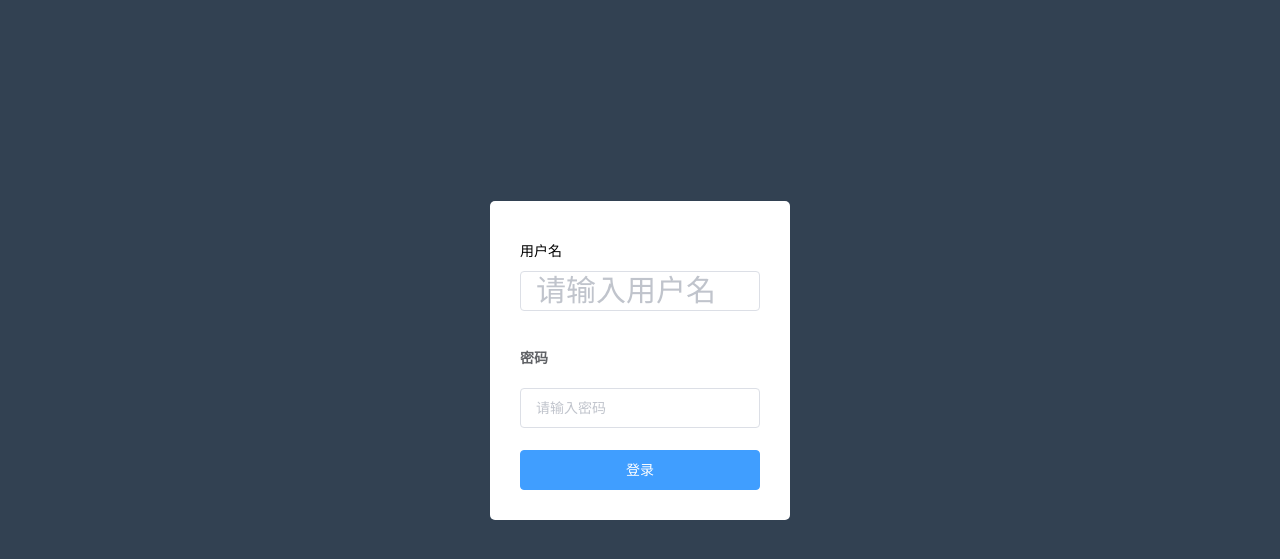
Repository: coWhy/blog-admin
Page: /#/login
An editor plug-in stored every save of this project. The page is shown before and after the next save, followed by the edit.
The browser window is 1280 px wide. The pictures show the whole page.
The page's requests for data from a server got no answer. The project was rebuilt for these pictures with package versions that can differ from the ones it lists, and the page was loaded fresh each time. No one was signed in, and anything a server would have sent is missing. Also part of the build but not shown: vue.config.js.

Above is the page before, as saved 2020-04-27 04:00:55.

### public/index.html
<!DOCTYPE html>
<html lang="en">
  <head>
    <meta charset="utf-8">
    <meta http-equiv="X-UA-Compatible" content="IE=edge">
    <meta name="viewport" content="width=device-width,initial-scale=1.0">
    <link rel="icon" href="<%= BASE_URL %>favicon.ico">
    <title><%= htmlWebpackPlugin.options.title %></title>
    <script type="text/javascript" src="./live2dw/lib/L2Dwidget.min.js"></script>
  </head>
  <body>
    <noscript>
      <strong>We're sorry but <%= htmlWebpackPlugin.options.title %> doesn't work properly without JavaScript enabled. Please enable it to continue.</strong>
    </noscript>
    <div id="app"></div>
    <!-- built files will be auto injected -->
  </body>
</html>

### src/main.js
import Vue from 'vue'
import App from './App.vue'
import router from './router'
import store from './store'
// 全局配置样式
import '@/assets/scss/reset.scss'
// 引入icon库
import '@/assets/font-awesome-4.7.0/css/font-awesome.css'
Vue.config.productionTip = false
// 第三方包
import ElementUI from 'element-ui'
import 'element-ui/lib/theme-chalk/index.css'
// 自定义注册全局插件
import http from '@/utils/http' // 自定义全局axios
Vue.use(ElementUI)
Vue.use(http)

new Vue({
  router,
  store,
  render: h => h(App)
}).$mount('#app')

### src/router/index.js
import Vue from 'vue'
import VueRouter from 'vue-router'
//当我们重复点击路由导航菜单的时候控制台会报错，错误的缘由是因为 vue-router 版本太新 解决办法
const originalPush = VueRouter.prototype.push
VueRouter.prototype.push = function push(location) {
  return originalPush.call(this, location).catch(err => err)
}
Vue.use(VueRouter)

const routes = [
  {
    path: '/login',
    name: 'login',
    component: () => import('@/views/login/index')
  },
  {
    path: '/',
    component: () => import('@/views/layout'),
    children: [
      {
        path: '/home',
        name: 'home',
        component: () => import('@/views/home')
      },
      {
        path: '/user',
        name: 'user',
        component: () => import('@/views/user')
      },
      {
        path: '/type',
        name: 'type',
        component: () => import('@/views/type')
      }
    ]
  }
]

const router = new VueRouter({
  routes
})

export default router

### src/store/index.js
import Vue from 'vue'
import Vuex from 'vuex'
import tag from './modules/tag'
import user from './modules/user'
Vue.use(Vuex)

export default new Vuex.Store({
  state: {},
  mutations: {},
  actions: {},
  modules: {
    tag,
    user
  }
})

### src/utils/http.js
// 自定义开发插件
import axios from 'axios'
import { getAccessToken } from '@/utils/auth'
import { MessageBox, Message } from 'element-ui'
const MyHttpServer = {}

MyHttpServer.install = Vue => {
  // 基准地址
  axios.defaults.baseURL = process.env.VUE_APP_BASE_API
  axios.defaults.timeout = 3000
  // 添加请求拦截器 token拦截
  axios.interceptors.request.use(
    config => {
      // 从cookie中拿出登录时候存放的访问token
      const accessToken = getAccessToken()
      if (accessToken) {
        config.headers['Authorization'] = accessToken
      }
      return config
    },
    error => {
      return Promise.reject(error)
    }
  )
  // 响应拦截
  axios.interceptors.response.use(
    response => {
      //  此处对不同状态码 进行不同的操作 比如404 跳转页面等
      const res = response.data
      // 假如访问不成功 就返回错误信息给前端 后端访问成功码为 0
      if (res.code && res.code !== 0) {
        Message({
          message: res.msg || '访问错误',
          type: 'error',
          duration: 5 * 1000
        })
      }

      return res
    },
    error => {
      return Promise.reject(error)
    }
  )
  Vue.prototype.$http = axios
}
export default MyHttpServer

### src/assets/scss/_variable.scss
// 全局配置样式 修改主题颜色
$theme-color: #33aef0;

// header部分
$header-bg-color:#626e85  // 头部背景色

### src/views/login/index.vue
<template>
  <div class="login-wrap">
    <el-form
      :model="form"
      class="login-form"
      label-position="top"
      label-width="80px"
    >
      <el-form-item>
        <span>用户名</span>
        <el-input
          v-model="form.username"
          placeholder="请输入用户名"
          class="label"
        ></el-input>
      </el-form-item>
      <el-form-item label="密码" class="label">
        <el-input
          v-model="form.password"
          placeholder="请输入密码"
          type="password"
          show-password
        ></el-input>
      </el-form-item>
      <el-button type="primary" class="login-btn" @click="login">
        登录
      </el-button>
    </el-form>
  </div>
</template>

<script>
export default {
  data() {
    return {
      form: {
        username: '',
        password: ''
      }
    }
  },
  methods: {
    async login() {
      let res = await this.$http.post('/user/login', this.form)
      console.log(res)
    }
  },
  created() {}
}
</script>

<style lang="scss" scoped>
.login-wrap {
  height: 100%;
  background-color: #324152;
  display: flex;
  /* 弹性布局 */
  justify-content: center;
  align-items: center;
}
.login-wrap .login-form {
  background-color: #fff;
  width: 300px;
  padding: 30px;
  /* 圆角 */
  border-radius: 5px;
}
.login-wrap .login-form .login-btn {
  width: 100%;
}
.label {
  font-size: 30px;
  font-weight: bolder;
}
</style>

### src/store/modules/tag.js
export default {
  state: {
    isCollapse: false, // 是否折叠菜单 默认展开
    menuList: [], // 菜单列表
    curMenu: null, // 点击选中的菜单
    tagList: [
      // 首页是不可关闭的
      {
        path: '/',
        name: 'home',
        title: '首页',
        icon: 'el-icon-s-home'
      }
    ] // 存放tags 点击后 就存到里面去
  },
  mutations: {
    /**
     * 将选中的menu赋值 给curMenu
     * @param {*} state
     * @param {*} selectedMenu 点击选中的菜单
     */
    getSelectedMenu(state, selectedMenu) {
      if (selectedMenu.name !== 'home') {
        state.curMenu = selectedMenu
        let result = state.tagList.findIndex(
          item => item.name === selectedMenu.name
        )
        if (result === -1) {
          // 没找到这个tag 就放进tagList
          state.tagList.push(selectedMenu)
        }
      } else {
        state.curMenu = null
      }
    },
    /**
     * 关闭已经打开的菜单
     * @param {*} state
     * @param {*} selectedTag 打开的菜单
     */
    closeSelectedTag(state, selectedTag) {
      let result = state.tagList.findIndex(
        item => item.name === selectedTag.name
      )
      state.tagList.splice(result, 1)
    },
    // 关闭 或 展开左侧菜单栏
    collapseAsideMenu(state) {
      state.isCollapse = !state.isCollapse
    }
  },
  actions: {}
}

### src/store/modules/user.js
import cookie from 'js-cookie'
export default {
  state: {
    accessToken: '', // 访问token
    refreshToken: '', // 刷新token
    username: '', // 用户名
    avatar: '' // 头像
  },
  mutations: {
    // 保存accessToken使用
    setAccessToken(state, accessToken) {
      state.accessToken = accessToken
      cookie.set('accessToken', accessToken)
    },
    getAccessToken(state) {
      state.accessToken = cookie.get('accessToken')
    },
    // 保存 refreshToken
    setRefreshToken(state, refreshToken) {
      state.refreshToken = refreshToken
      cookie.set('refreshToken', refreshToken)
    },
    getRefreshToken(state) {
      state.refreshToken = cookie.get('refreshToken')
    },
    // 保存用户名
    setUsername(state, username) {
      state.username = username
      cookie.set('username', username)
    },
    getUsername(state) {
      state.username = cookie.get('username')
    },
    //保存头像
    setAvatar(state, avatar) {
      state.avatar = avatar
      cookie.set('avatar', avatar)
    },
    getAvatar(state) {
      state.avatar = cookie.get('avatar')
    },
    // 清除tokens 退出时候使用
    clearTokens(state) {
      state.accessToken = ''
      state.refreshToken = ''
      state.username = ''
      state.refreshToken = ''
      cookie.remove('accessToken')
      cookie.remove('refreshToken')
      cookie.remove('username')
      cookie.remove('avatar')
    }
  }
}

### src/utils/auth.js
import cookie from 'js-cookie'
// 获取访问token
export function getAccessToken() {
  return cookie.get('accessToken')
}

Loaded but not shown: src/App.vue (common file); src/assets/scss/reset.scss (common file); src/assets/font-awesome-4.7.0/css/font-awesome.css (library); public/live2dw/lib/L2Dwidget.min.js (library)

After the next save:
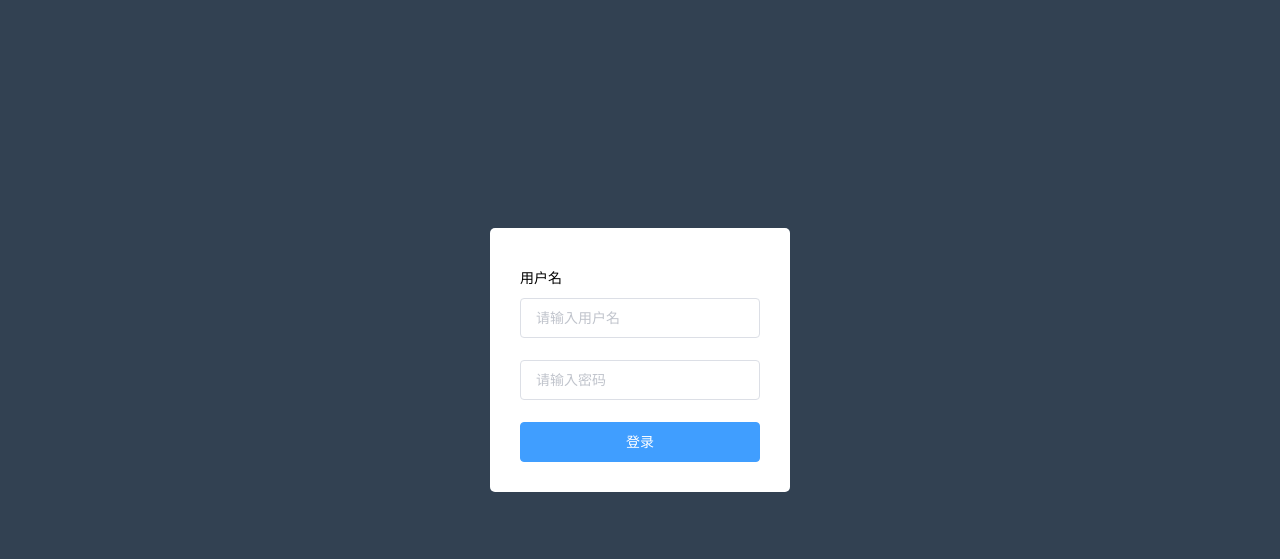
Saved 7 s later.
--- a/src/views/login/index.vue
+++ b/src/views/login/index.vue
@@ -8,13 +8,9 @@
     >
       <el-form-item>
         <span>用户名</span>
-        <el-input
-          v-model="form.username"
-          placeholder="请输入用户名"
-          class="label"
-        ></el-input>
+        <el-input v-model="form.username" placeholder="请输入用户名"></el-input>
       </el-form-item>
-      <el-form-item label="密码" class="label">
+      <el-form-item>
         <el-input
           v-model="form.password"
           placeholder="请输入密码"
